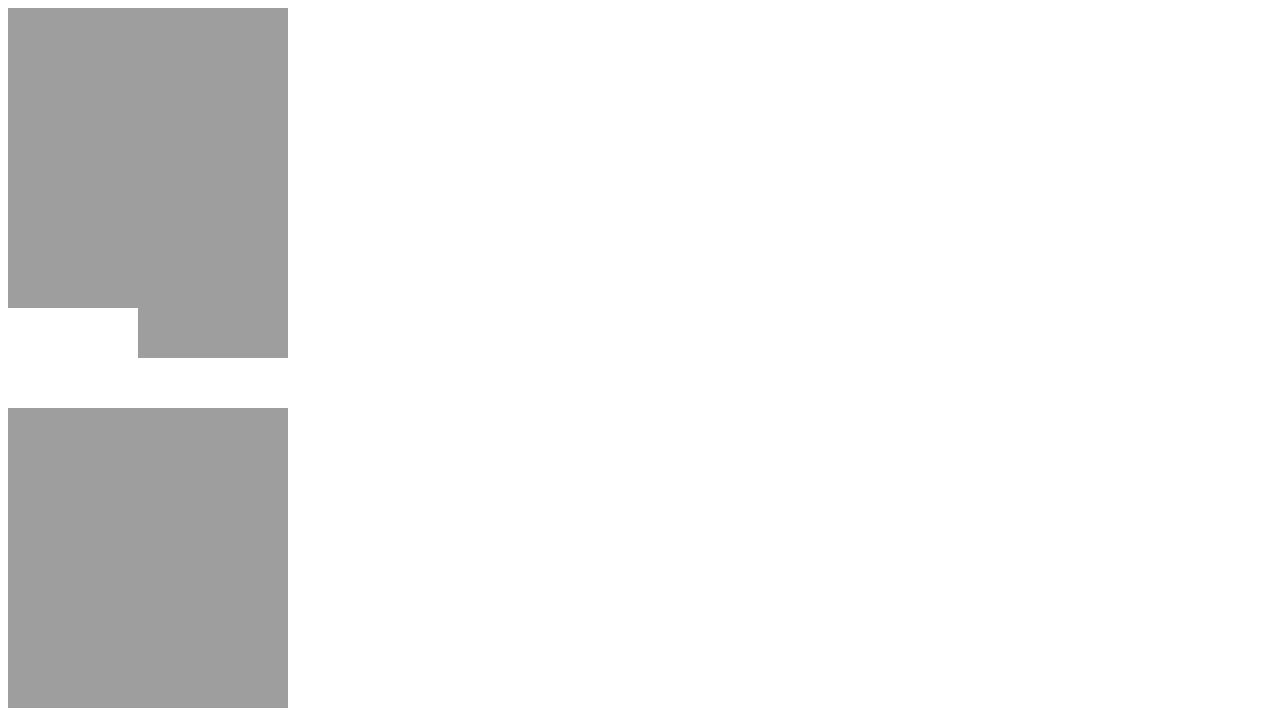
Repository: Tranduchieu2002/FlappyBird
Page: Flappy.html
An editor plug-in stored every save of this project. The page is shown before and after the next save, followed by the edit.
The browser window is 1280 px wide. The pictures show the whole page.

Above is the page before, as saved 2021-09-14 17:18:36.

### Flappy.html
<!DOCTYPE html>
<html lang="en">
<head>
   <meta charset="UTF-8">
   <meta http-equiv="X-UA-Compatible" content="IE=edge">
   <meta name="viewport" content="width=device-width, initial-scale=1.0">
   <title>Document</title>
   <style>
      canvas  {
     }
     @media only screen and (max-width: 600px) {
        canvas {
         width: 100%;
         height: 100%;
        }
     }
   </style>
</head>
<body>
   <canvas id="canvas" width="280px" height="700px">

   </canvas>
   <script src="index.js"></script>
</body>
</html>

### index.js
const cvs = document.querySelector("canvas");
const ctx = cvs.getContext("2d");
var bird = new Image();
var bg = new Image();
let fg = new Image();
let pipeSouth = new Image();
let pipeNorth = new Image();
console.log(pipeNorth.length, pipeSouth.length);
fg.src =
  "https://raw.githubusercontent.com/CodeExplainedRepo/FlappyBird-JavaScript/master/images/fg.png";
pipeNorth.src =
  "https://raw.githubusercontent.com/CodeExplainedRepo/FlappyBird-JavaScript/master/images/pipeNorth.png";
pipeSouth.src =
  "https://raw.githubusercontent.com/CodeExplainedRepo/FlappyBird-JavaScript/master/images/pipeSouth.png";
bird.src =
  "https://raw.githubusercontent.com/CodeExplainedRepo/FlappyBird-JavaScript/master/images/bird.png";
bg.src =
  "https://raw.githubusercontent.com/CodeExplainedRepo/FlappyBird-JavaScript/master/images/bg.png";
(function draw() {
  const fh = 50;
  const hC = cvs.height;
  let Bx = 50;
  let By = 50;
  let hPassForCg = 7 * fh;
  ctx.drawImage(bg, 0, 0);
  ctx.drawImage(bird, 0, 0, 30, 30);
  ctx.drawImage(pipeSouth, 130, hC - hPassForCg-pipeNorth.height);
  ctx.drawImage(pipeNorth,130,0)
  ctx.drawImage(fg, 0, hC - fg.height);
  requestAnimationFrame(draw);
})();

After the next save:
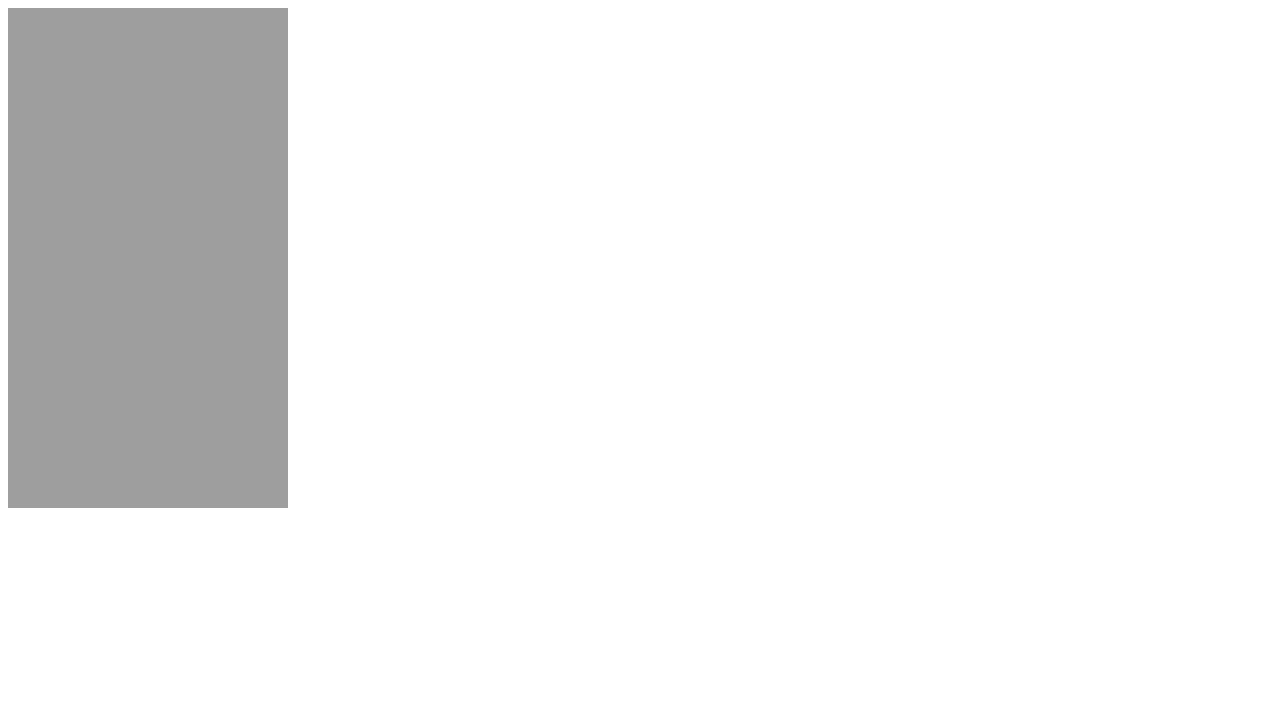
Saved 11 s later.
--- a/Flappy.html
+++ b/Flappy.html
@@ -17,7 +17,7 @@
    </style>
 </head>
 <body>
-   <canvas id="canvas" width="280px" height="700px">
+   <canvas id="canvas" width="280px" height="500px">
 
    </canvas>
    <script src="index.js"></script>
